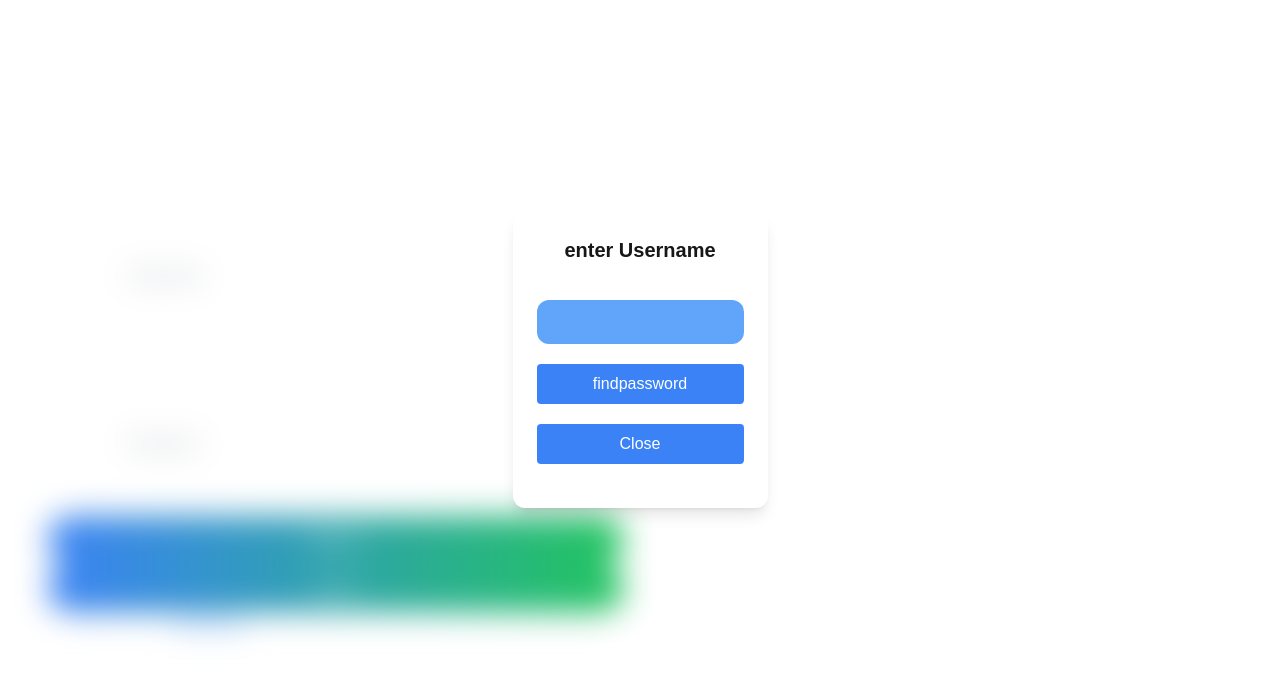
Repository: oxniw/usingmoney
Page: /signin, after clicking the first element matching `span.text-blue-500`
These files come from the project's save history. The page is drawn as it stood at one moment and after the next save; the edit follows.
The browser window is 1280 px wide. The pictures show the whole page.
The project was rebuilt for these pictures with package versions that can differ from the ones it lists, and the page was loaded fresh each time. The framework's server and built-in components were replaced by stand-ins that run in the browser. Also part of the build but not shown: next.config.ts. Imported but missing from the stored project, and not drawn on this page: components/ui/wavy-background.

Above is the page before, as saved 2025-04-09 19:20:03.

After the next save:
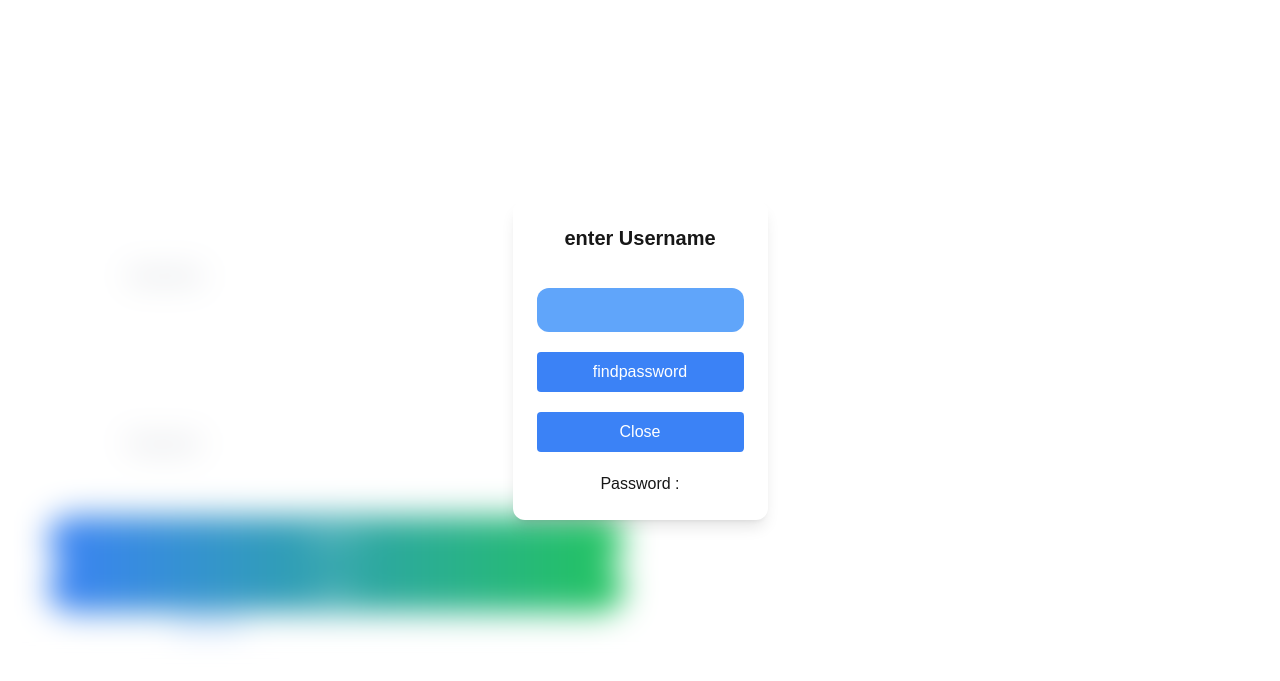
Saved 89 s later.
--- a/src/app/signin/opop.jsx
+++ b/src/app/signin/opop.jsx
@@ -35,7 +35,7 @@
         >
           Close
         </button>
-        <div>{password}</div>
+        <div>Password : <span>{password}</span></div>
       </div>
     </div>
   )

After the save that followed:
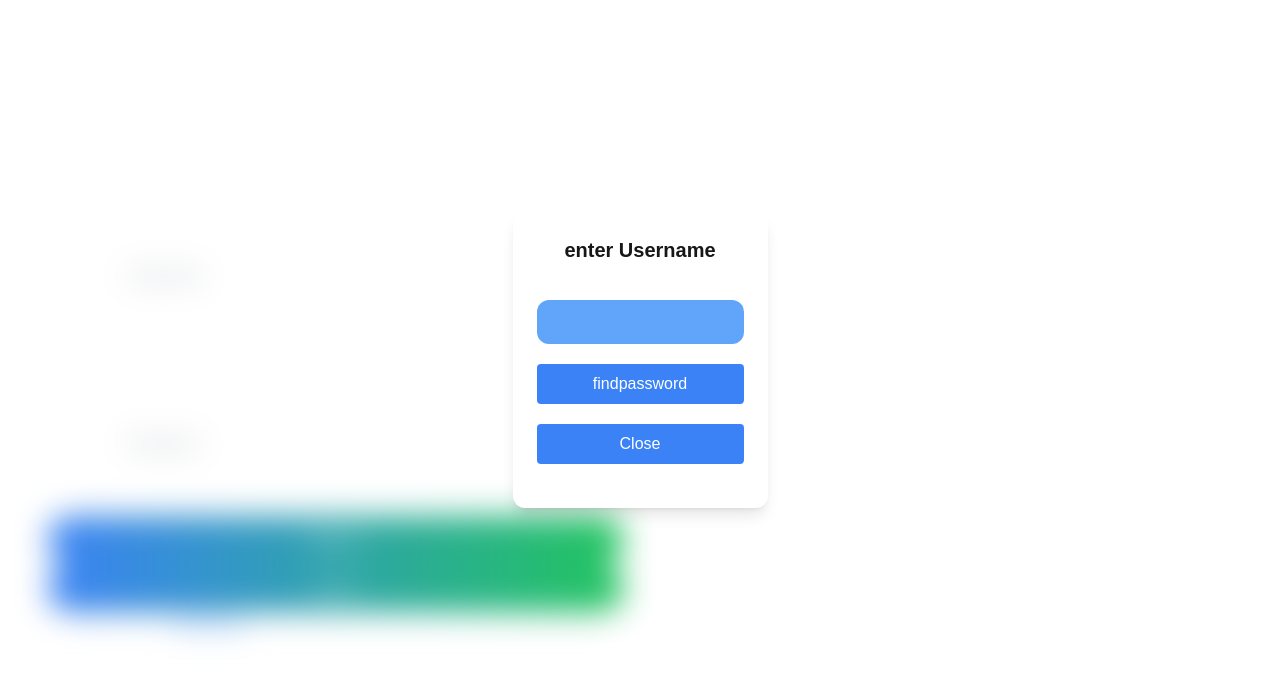
Saved 107 s later.
--- a/src/app/signin/opop.jsx
+++ b/src/app/signin/opop.jsx
@@ -1,6 +1,7 @@
 "use client";
 import React, { useState, useEffect } from "react";
 import axios from "axios";
+import { Span } from "next/dist/trace";
 function opoup({ onClose }) {
     const [fadeOut, setFadeOut] = useState(false);
     const [getusername, getsetUsername] = useState("");
@@ -35,7 +36,7 @@
         >
           Close
         </button>
-        <div>Password : <span>{password}</span></div>
+        <div>{password !== "incorrect" && <span></span>}</div>
       </div>
     </div>
   )
